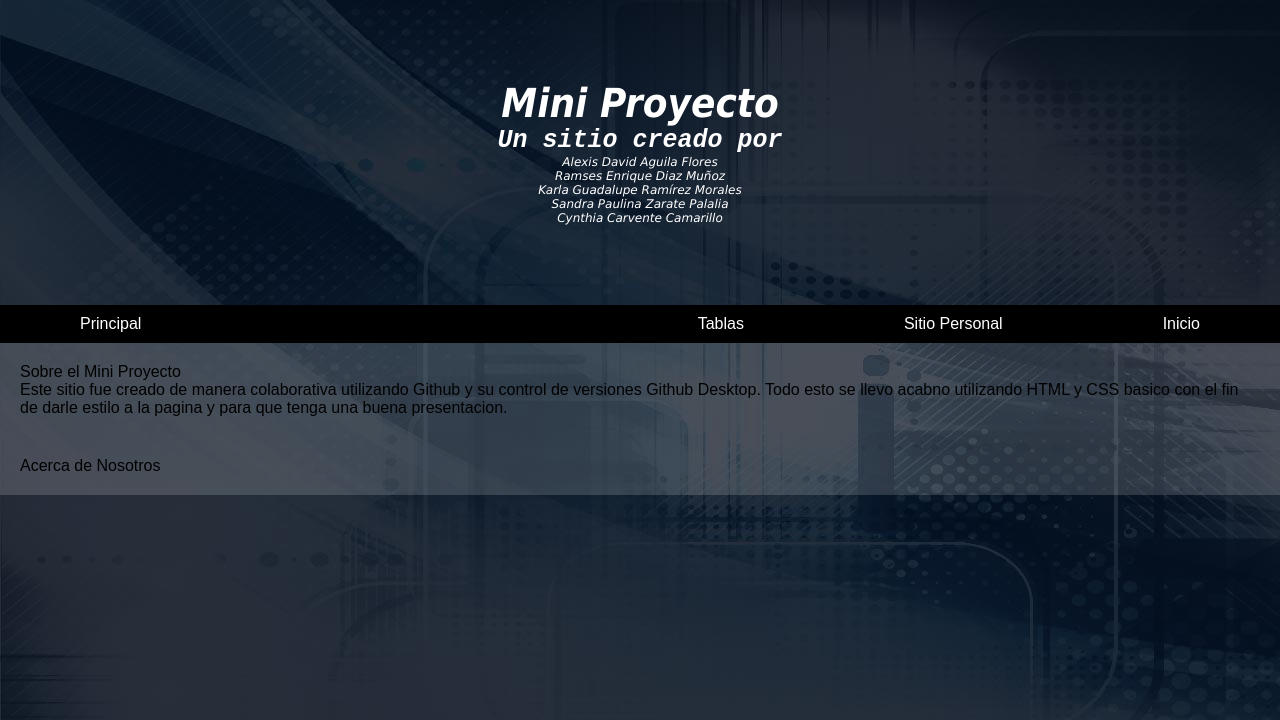
Repository: Dogueen/miniProyectoUniversidad
Page: miniProyecto/principal.html
The author's editor kept a copy of each file at every save. The page is drawn from the files as they stood at one save, then again after the next save.
The browser window is 1280 px wide. The pictures show the whole page.

Above is the page before, as saved 2023-10-31 19:01:28.

### miniProyecto/principal.html
<!DOCTYPE html>
<html lang="es">

<head>
    <title>Ejemplo de un Website</title>
    <meta charset="UTF-8">
    <meta name="viewport" content="width=device-width, initial-scale=1">
    <link rel="stylesheet" type="text/css" href="styles/principal.css" />

    <style>
    </style>
</head>

<body>

    <div class="header">
        <h1>Mini Proyecto</h1>
        <h2> Un sitio creado por</h2>
        <dl>
            <dt>Alexis David Aguila Flores</dt>
            <dt>Ramses Enrique Diaz Muñoz</dt>
            <dt>Karla Guadalupe Ramírez Morales</dt>
            <dt>Sandra Paulina Zarate Palalia</dt>
            <dt>Cynthia Carvente Camarillo</dt>
        </dl>
    </div>

    <div class="navbar">
        <a href="pages/inicio.html">Inicio</a>
        <a href="pages/personal.html">Sitio Personal</a>
        <a href="pages/tablas.html">Tablas</a>
        <a href="principal.html" class="left">Principal</a>
    </div>

    <div class="row">
        <d class="side">
            <caption>Sobre el Mini Proyecto</caption>
            <p>Este sitio fue creado de manera colaborativa utilizando Github y su control de
                versiones Github Desktop. Todo esto se llevo acabno utilizando HTML y CSS
                basico con el fin de darle estilo a la pagina y para que tenga una buena presentacion.
                 </p>
        </div>
        <div class="main"><caption>Acerca de Nosotros</caption></div>
    </div>

</body>

</html>

### miniProyecto/styles/principal.css
* {
    box-sizing: border-box;
    margin: 0;
    padding: 0;
}

body {
    background-image: url("../images/bg-img.jpg");
    margin: 0;
    font-family: Arial, sans-serif;
}

.header {
    padding: 80px;
    text-align: center;
    color: white;
}

.header h1 {
    font-size: 40px;
    font-style: italic;
    font-family: Tahoma;
}

.header h2 {
    font-size: 25px;
    font-style: italic;
    font-family: monospace;
}

.header dl {
    font-size: 12px;
    font-style: italic;
    font-family: Verdana, Geneva, Tahoma, sans-serif;
}

.navbar {
    overflow: hidden;
    background-color: #000000;
}

.navbar a {
    float: right;
    display: block;
    color: white;
    text-align: center;
    padding: 10px 80px;
    text-decoration: none;
}

.navbar a:hover {
    background-color: #ddd;
    color: black;
}

.navbar a.left {
    float: left;
}


.row {
    display: flex;
    flex-wrap: wrap;
}

.side {
    flex: 30%;
    background-color: #f1f1f12a;
    padding: 20px;
}

.main {
    flex: 70%;
    background-color: #f1f1f12a;
    padding: 20px;
}

@media screen and (max-width: 700px) {
    .row {
        flex-direction: column;
    }
}

@media screen and (max-width: 400px) {
    .navbar a {
        float: none;
        width: 100%;
    }
}

After the next save:
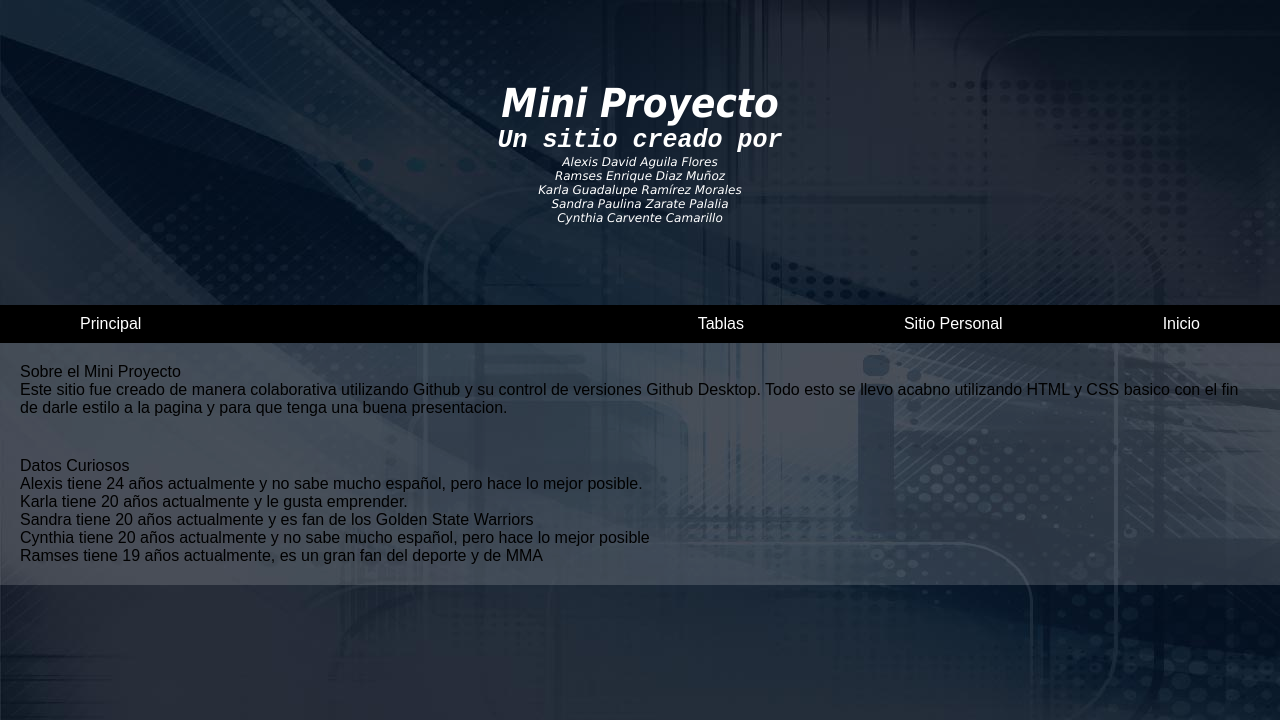
Saved 11 min 46 s later.
--- a/miniProyecto/principal.html
+++ b/miniProyecto/principal.html
@@ -38,9 +38,20 @@
             <p>Este sitio fue creado de manera colaborativa utilizando Github y su control de
                 versiones Github Desktop. Todo esto se llevo acabno utilizando HTML y CSS
                 basico con el fin de darle estilo a la pagina y para que tenga una buena presentacion.
-                 </p>
-        </div>
-        <div class="main"><caption>Acerca de Nosotros</caption></div>
+            </p>
+    </div>
+    <div class="main">
+        <caption>Datos Curiosos</caption>
+        <p>Alexis tiene 24 años actualmente y no sabe mucho español, pero hace
+            lo mejor posible.
+        </p>
+        <p>Karla tiene 20 años actualmente y le gusta emprender.</p>
+        <p>Sandra tiene 20 años actualmente y es fan de los Golden State Warriors</p>
+        <p>Cynthia tiene 20 años actualmente y no sabe mucho español, pero hace
+            lo mejor posible
+        </p>
+        <p>Ramses tiene 19 años actualmente, es un gran fan del deporte y de MMA</p>
+    </div>
     </div>
 
 </body>
